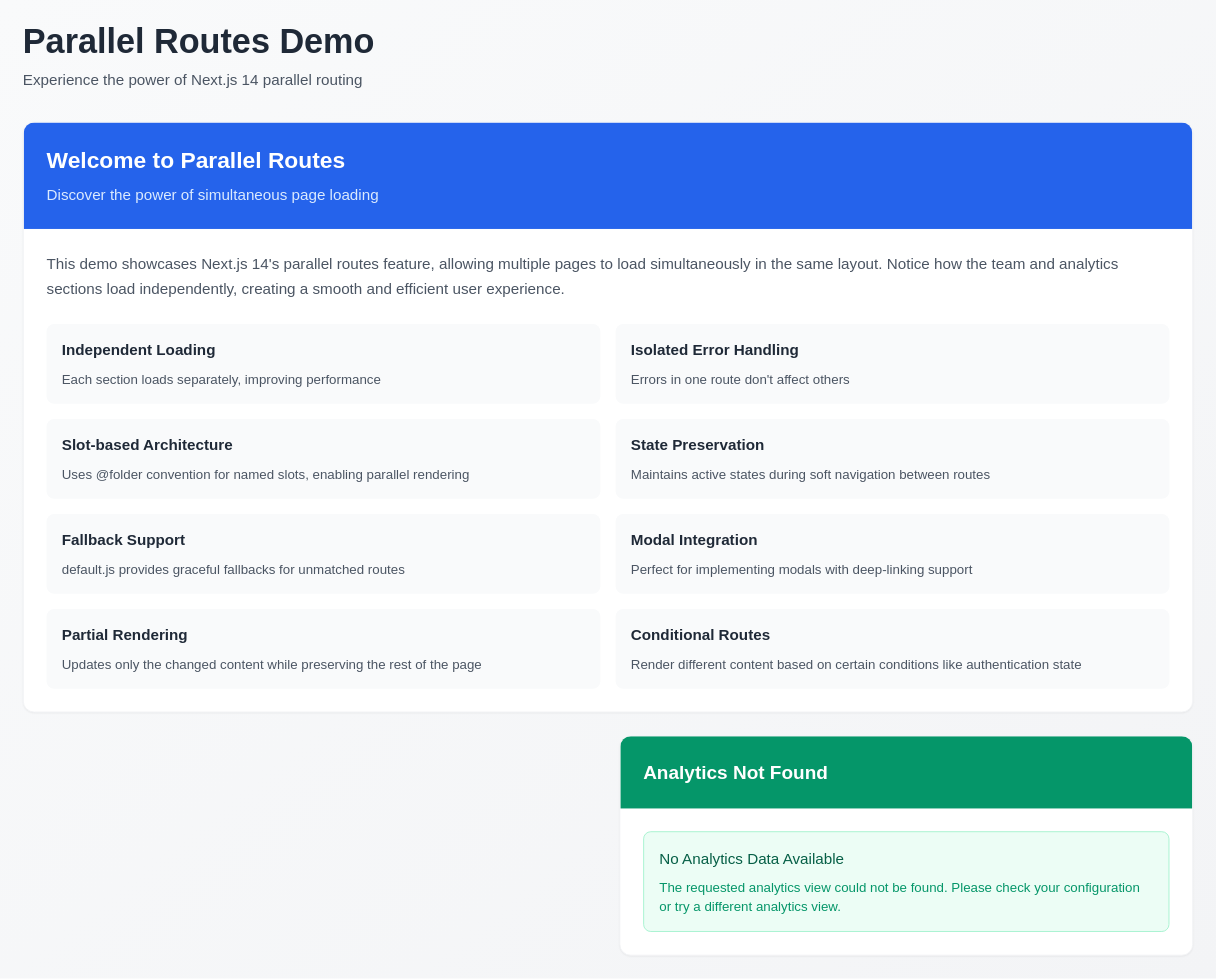
Repository: Dark-Developer93/parallel-routes
Page: /
These files come from the project's save history. The page is drawn as it stood at one moment and after the next save; the edit follows.
The browser window is 1280 px wide. The pictures show the whole page, at 95% of full size.
The project was rebuilt for these pictures with package versions that can differ from the ones it lists, and the page was loaded fresh each time. The framework's server and built-in components were replaced by stand-ins that run in the browser. Also part of the build but not shown: next.config.ts, src/app/default.tsx.

Above is the page before, as saved 2024-12-12 15:29:06.

### src/app/layout.tsx
import type { Metadata } from "next";
import "./globals.css";
import DefaultPage from "./default";
import DefaultAnalyticsPage from "./@analytics/default";

export const metadata: Metadata = {
  title: "Parallel Routes Demo",
  description: "Demonstration of Next.js 14 Parallel Routes",
};

export default function RootLayout({
  children,
  team,
  analytics,
}: {
  children: React.ReactNode;
  team: React.ReactNode;
  analytics: React.ReactNode;
}) {
  const role: "ADMIN" | "USER" = "ADMIN";
  return (
    <html lang="en">
      <body className="min-h-screen bg-gradient-to-br from-gray-50 to-gray-100 p-6">
        <div className="max-w-7xl mx-auto">
          <header className="mb-8">
            <h1 className="text-4xl font-bold text-gray-800 mb-2">
              Parallel Routes Demo
            </h1>
            <p className="text-gray-600">
              Experience the power of Next.js 14 parallel routing
            </p>
          </header>

          <div className="flex flex-col gap-6">
            <div className="flex-1">{children}</div>
            <div className="flex-1">
              <div className="grid grid-cols-2 gap-6">
                {/* <div className="col-span-12 md:col-span-6 lg:col-span-3">
                  {team}
                </div>
                <div className="col-span-12 md:col-span-6 lg:col-span-3">
                  {analytics}
                </div> */}
                <div className="col-span-1">
                  {role === "ADMIN" ? team : <DefaultPage />}
                </div>
                <div className="col-span-1">
                  {role === "USER" ? analytics : <DefaultAnalyticsPage />}
                </div>
              </div>
            </div>
          </div>
        </div>
      </body>
    </html>
  );
}

### src/app/page.tsx
export default function Home() {
  return (
    <div className="space-y-6">
      <div className="bg-white rounded-xl shadow-sm border border-gray-100 overflow-hidden">
        <div className="bg-blue-600 p-6">
          <h2 className="text-2xl font-bold text-white mb-2">
            Welcome to Parallel Routes
          </h2>
          <p className="text-blue-100">
            Discover the power of simultaneous page loading
          </p>
        </div>
        <div className="p-6">
          <p className="text-gray-600 leading-relaxed">
            This demo showcases Next.js 14&apos;s parallel routes feature,
            allowing multiple pages to load simultaneously in the same layout.
            Notice how the team and analytics sections load independently,
            creating a smooth and efficient user experience.
          </p>

          <div className="mt-6 grid grid-cols-2 gap-4">
            <div className="bg-gray-50 p-4 rounded-lg">
              <h3 className="font-semibold text-gray-800 mb-2">
                Independent Loading
              </h3>
              <p className="text-sm text-gray-600">
                Each section loads separately, improving performance
              </p>
            </div>
            <div className="bg-gray-50 p-4 rounded-lg">
              <h3 className="font-semibold text-gray-800 mb-2">
                Isolated Error Handling
              </h3>
              <p className="text-sm text-gray-600">
                Errors in one route don&apos;t affect others
              </p>
            </div>
            <div className="bg-gray-50 p-4 rounded-lg">
              <h3 className="font-semibold text-gray-800 mb-2">
                Slot-based Architecture
              </h3>
              <p className="text-sm text-gray-600">
                Uses @folder convention for named slots, enabling parallel
                rendering
              </p>
            </div>
            <div className="bg-gray-50 p-4 rounded-lg">
              <h3 className="font-semibold text-gray-800 mb-2">
                State Preservation
              </h3>
              <p className="text-sm text-gray-600">
                Maintains active states during soft navigation between routes
              </p>
            </div>
            <div className="bg-gray-50 p-4 rounded-lg">
              <h3 className="font-semibold text-gray-800 mb-2">
                Fallback Support
              </h3>
              <p className="text-sm text-gray-600">
                default.js provides graceful fallbacks for unmatched routes
              </p>
            </div>
            <div className="bg-gray-50 p-4 rounded-lg">
              <h3 className="font-semibold text-gray-800 mb-2">
                Modal Integration
              </h3>
              <p className="text-sm text-gray-600">
                Perfect for implementing modals with deep-linking support
              </p>
            </div>
            <div className="bg-gray-50 p-4 rounded-lg">
              <h3 className="font-semibold text-gray-800 mb-2">
                Partial Rendering
              </h3>
              <p className="text-sm text-gray-600">
                Updates only the changed content while preserving the rest of
                the page
              </p>
            </div>
            <div className="bg-gray-50 p-4 rounded-lg">
              <h3 className="font-semibold text-gray-800 mb-2">
                Conditional Routes
              </h3>
              <p className="text-sm text-gray-600">
                Render different content based on certain conditions like
                authentication state
              </p>
            </div>
          </div>
        </div>
      </div>
    </div>
  );
}

### src/app/@analytics/default.tsx
export default function DefaultAnalyticsPage() {
  return (
    <div className="bg-white rounded-xl shadow-sm border border-gray-100 overflow-hidden">
      <div className="bg-emerald-600 p-6">
        <h2 className="text-xl font-bold text-white">Analytics Not Found</h2>
      </div>
      <div className="p-6">
        <div className="bg-emerald-50 border border-emerald-200 rounded-lg p-4">
          <h3 className="text-emerald-800 font-medium mb-2">
            No Analytics Data Available
          </h3>
          <p className="text-emerald-600 text-sm">
            The requested analytics view could not be found. Please check your
            configuration or try a different analytics view.
          </p>
        </div>
      </div>
    </div>
  );
}

Loaded but not shown: src/app/globals.css (common file); tailwind.config.ts (common file)

After the next save:
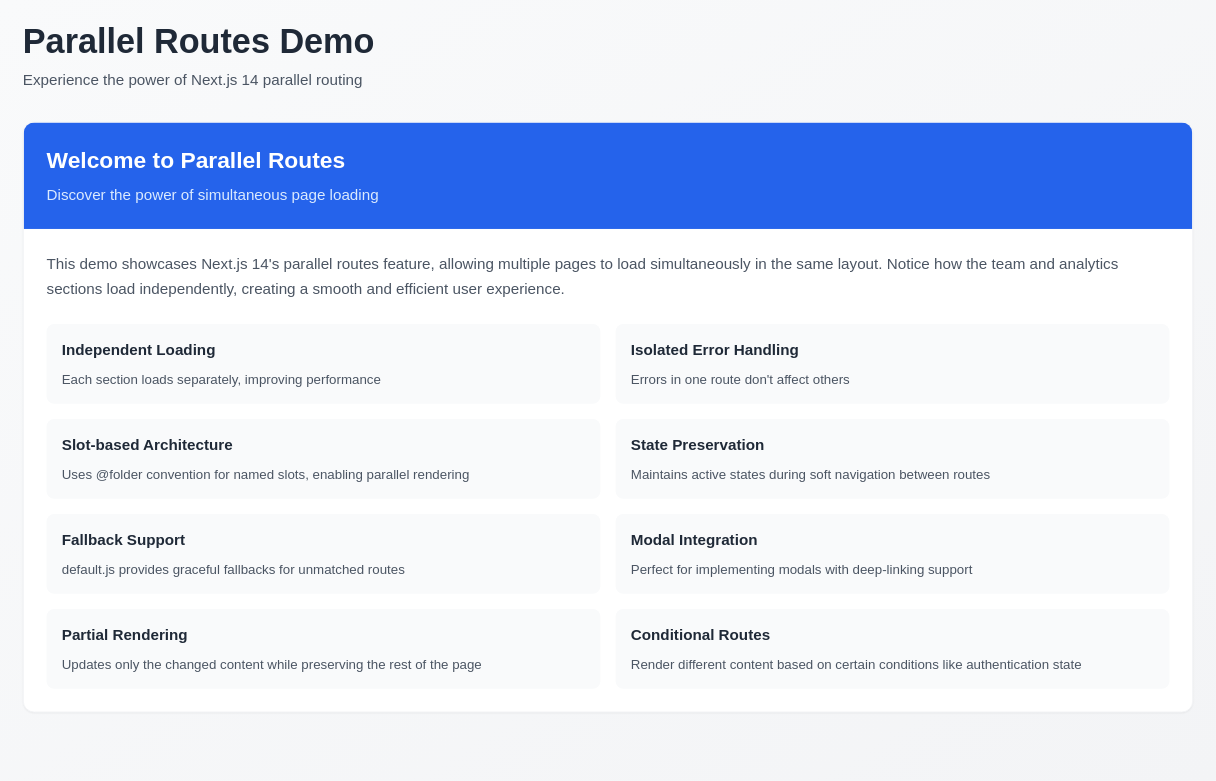
Saved 18 s later.
--- a/src/app/layout.tsx
+++ b/src/app/layout.tsx
@@ -35,18 +35,18 @@
             <div className="flex-1">{children}</div>
             <div className="flex-1">
               <div className="grid grid-cols-2 gap-6">
-                {/* <div className="col-span-12 md:col-span-6 lg:col-span-3">
+                <div className="col-span-12 md:col-span-6 lg:col-span-3">
                   {team}
                 </div>
                 <div className="col-span-12 md:col-span-6 lg:col-span-3">
                   {analytics}
-                </div> */}
-                <div className="col-span-1">
+                </div>
+                {/* <div className="col-span-1">
                   {role === "ADMIN" ? team : <DefaultPage />}
                 </div>
                 <div className="col-span-1">
                   {role === "USER" ? analytics : <DefaultAnalyticsPage />}
-                </div>
+                </div> */}
               </div>
             </div>
           </div>
